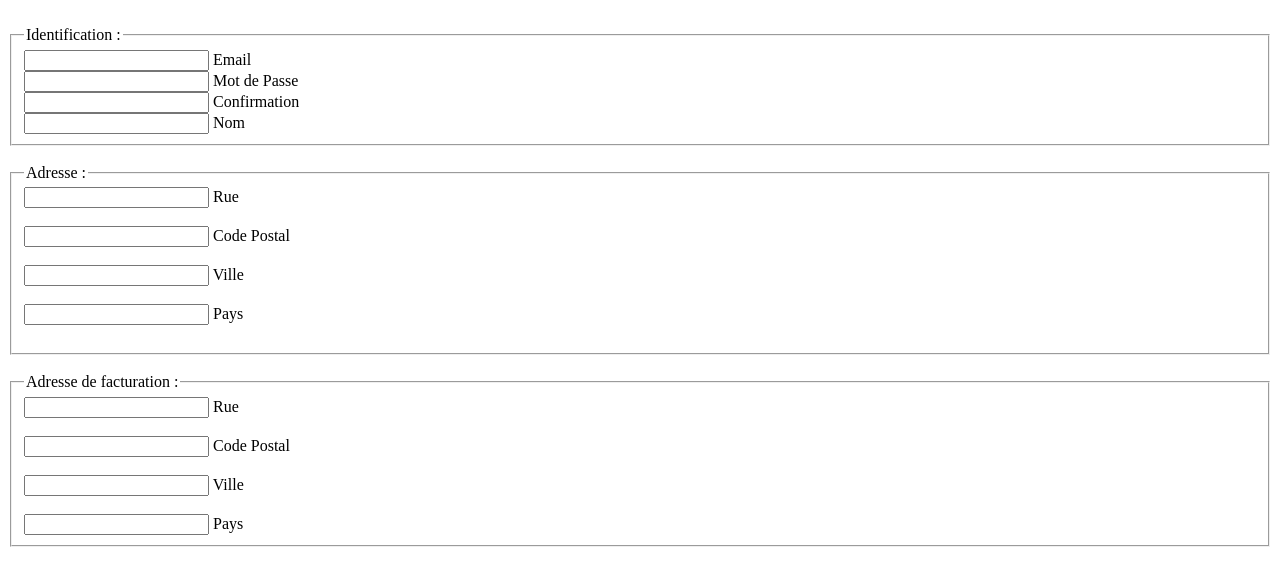
Repository: Tanox2450/ProjetFinalFrontWeb
Page: http://localhost/BoVoyageFrontOffice/fragments/formulaireConnexion.jsp
These files come from the project's save history. The page is drawn as it stood at one moment and after the next save; the edit follows.
The browser window is 1280 px wide. The pictures show the whole page.
The page is served by Tomcat 9. Other server files are loaded and not shown.

Above is the page before, as saved 2015-08-24 13:22:41.

### BoVoyageFrontOffice/WebContent/fragments/formulaireConnexion.jsp
<%@ page language="java" contentType="text/html; charset=UTF-8"
    pageEncoding="UTF-8"%>
<!DOCTYPE html PUBLIC "-//W3C//DTD HTML 4.01 Transitional//EN" "http://www.w3.org/TR/html4/loose.dtd">
<html>
<head>
<meta http-equiv="Content-Type" content="text/html; charset=UTF-8">
<title>Insert title here</title>
</head>
<body>
	<form method="post" action="FrontController?cde=connexion">
		<br />
		<fieldset>
			<legend>Identification :</legend>
			<div
				class="mdl-textfield mdl-js-textfield mdl-textfield--floating-label">
				<input class="mdl-textfield__input" type="text" name="email"
					id="email" /> <label class="mdl-textfield__label" for="email">Email</label>
			</div>
			<div
				class="mdl-textfield mdl-js-textfield mdl-textfield--floating-label">
				<input class="mdl-textfield__input" type="password" name="password"
					id="password" /> <label class="mdl-textfield__label"
					for="password">Mot de Passe</label>
			</div>
			<div
				class="mdl-textfield mdl-js-textfield mdl-textfield--floating-label">
				<input class="mdl-textfield__input" type="password" name="passwordConf"
					id="passwordConf" /> <label class="mdl-textfield__label"
					for="passwordConf">Confirmation</label>
			</div>
			<div
				class="mdl-textfield mdl-js-textfield mdl-textfield--floating-label">
				<input class="mdl-textfield__input" type="text" name="name"
					id="name" /> <label class="mdl-textfield__label" for="name">Nom</label>
			</div>
		</fieldset>
		<br />
		<fieldset>
			<legend>Adresse :</legend>
			<div
				class="mdl-textfield mdl-js-textfield mdl-textfield--floating-label">
				<input class="mdl-textfield__input" type="text" name="street"
					id="street" /> <label class="mdl-textfield__label" for="street">Rue</label>
			</div>
			<br />
			<div
				class="mdl-textfield mdl-js-textfield mdl-textfield--floating-label">
				<input class="mdl-textfield__input" type="text" name="postalCode"
					id="postalCode" /> <label class="mdl-textfield__label"
					for="postalCode">Code Postal</label>
			</div>
			<br />
			<div
				class="mdl-textfield mdl-js-textfield mdl-textfield--floating-label">
				<input class="mdl-textfield__input" type="text" name="city"
					id="city" /> <label class="mdl-textfield__label" for="city">Ville</label>
			</div>
			<br />
			<div
				class="mdl-textfield mdl-js-textfield mdl-textfield--floating-label">
				<input class="mdl-textfield__input" type="text" name="country"
					id="country" /> <label class="mdl-textfield__label" for="country">Pays</label>
			</div>
			<br />
		</fieldset>
		<br />
		<fieldset>
			<legend>Adresse de facturation :</legend>
			<div
				class="mdl-textfield mdl-js-textfield mdl-textfield--floating-label">
				<input class="mdl-textfield__input" type="text" name="streetFact"
					id="streetFact" /> <label class="mdl-textfield__label"
					for="streetFact">Rue</label>
			</div>
			<br />
			<div
				class="mdl-textfield mdl-js-textfield mdl-textfield--floating-label">
				<input class="mdl-textfield__input" type="text"
					name="postalCodeFact" id="postalCodeFact" /> <label
					class="mdl-textfield__label" for="postalCodeFact">Code
					Postal</label>
			</div>
			<br />
			<div
				class="mdl-textfield mdl-js-textfield mdl-textfield--floating-label">
				<input class="mdl-textfield__input" type="text" name="cityFact"
					id="cityFact" /> <label class="mdl-textfield__label"
					for="cityFact">Ville</label>
			</div>
			<br />
			<div
				class="mdl-textfield mdl-js-textfield mdl-textfield--floating-label">
				<input class="mdl-textfield__input" type="text" name="countryFact"
					id="countryFact" /> <label class="mdl-textfield__label"
					for="countryFact">Pays</label>
			</div>
		</fieldset>
	</form>
</body>
</html>

After the next save:
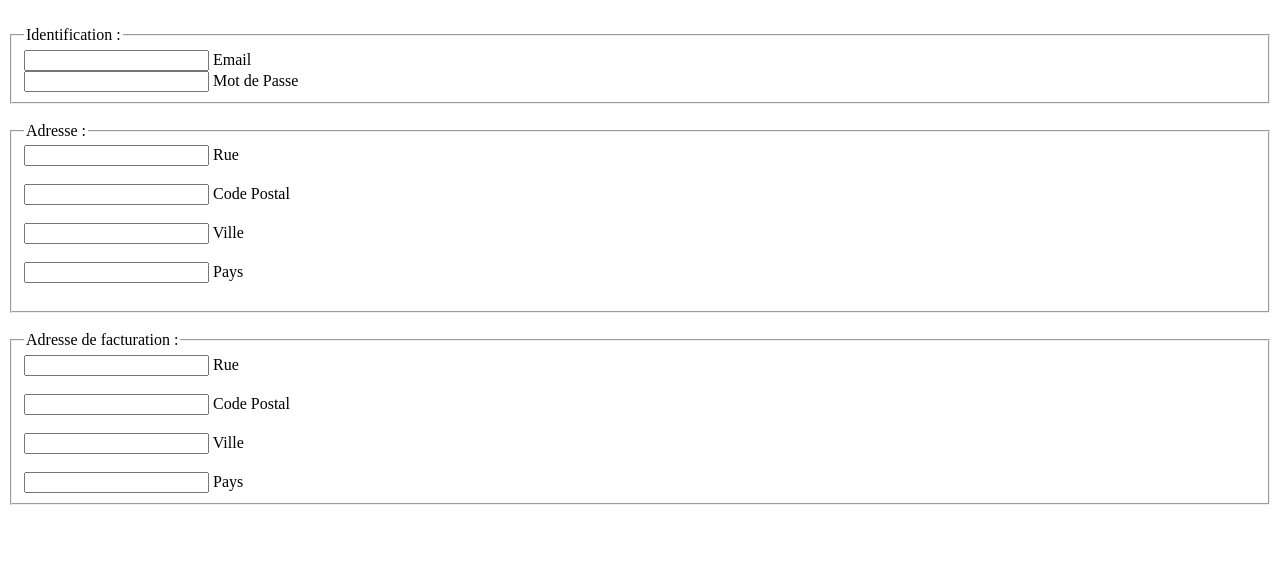
Saved 42 s later.
--- a/BoVoyageFrontOffice/WebContent/fragments/formulaireConnexion.jsp
+++ b/BoVoyageFrontOffice/WebContent/fragments/formulaireConnexion.jsp
@@ -21,17 +21,6 @@
 				<input class="mdl-textfield__input" type="password" name="password"
 					id="password" /> <label class="mdl-textfield__label"
 					for="password">Mot de Passe</label>
-			</div>
-			<div
-				class="mdl-textfield mdl-js-textfield mdl-textfield--floating-label">
-				<input class="mdl-textfield__input" type="password" name="passwordConf"
-					id="passwordConf" /> <label class="mdl-textfield__label"
-					for="passwordConf">Confirmation</label>
-			</div>
-			<div
-				class="mdl-textfield mdl-js-textfield mdl-textfield--floating-label">
-				<input class="mdl-textfield__input" type="text" name="name"
-					id="name" /> <label class="mdl-textfield__label" for="name">Nom</label>
 			</div>
 		</fieldset>
 		<br />
